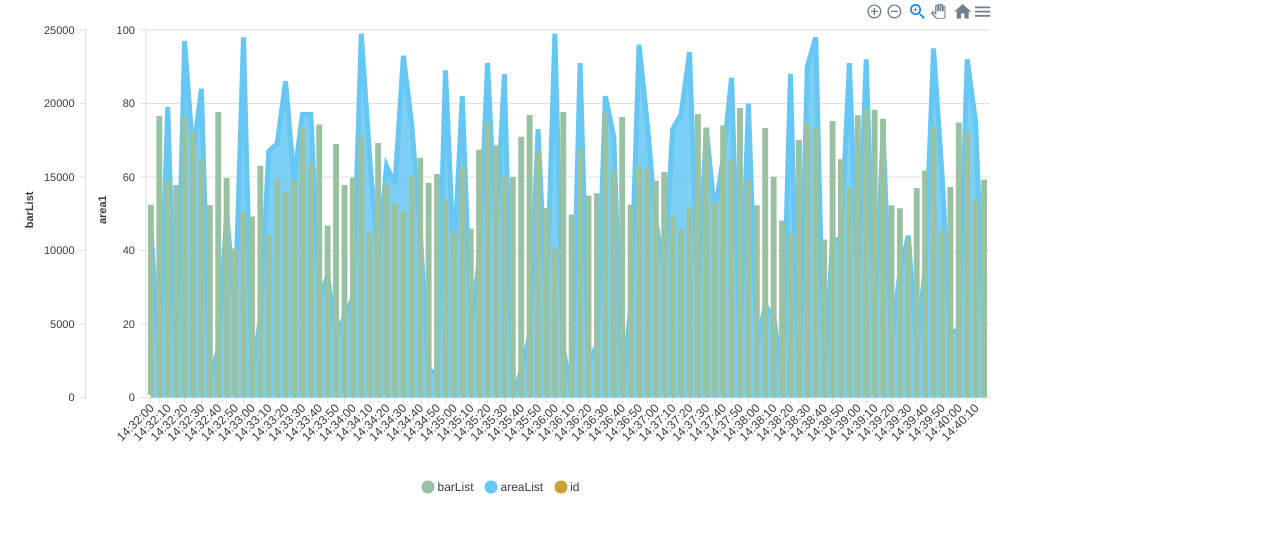
Repository: wanted-pre-onboarding-internship-1team/pre-onboarding-9th-3-1
Page: /
An editor plug-in stored every save of this project. The page is shown before and after the next save, followed by the edit.
The browser window is 1280 px wide. The pictures show the whole page.
The project was rebuilt for these pictures with package versions that can differ from the ones it lists, and the page was loaded fresh each time.

Above is the page before, as saved 2023-03-15 00:30:40.

### public/index.html
<!DOCTYPE html>
<html lang="en">
  <head>
    <meta charset="utf-8" />
    <link rel="icon" href="%PUBLIC_URL%/favicon.ico" />
    <meta name="viewport" content="width=device-width, initial-scale=1" />
    <meta name="theme-color" content="#000000" />

    <title>React App</title>
  </head>

  <body>
    <div id="root"></div>
  </body>
</html>

### src/index.tsx
import App from './App';
import './index.css';
import React from 'react';
import ReactDOM from 'react-dom/client';
import { BrowserRouter } from 'react-router-dom';

const root = ReactDOM.createRoot(
  document.getElementById('root') as HTMLElement
);
root.render(
  <BrowserRouter>
    <App />
  </BrowserRouter>
);

### src/App.tsx
import Router from './router/router';
import { createGlobalStyle } from 'styled-components';
import reset from 'styled-reset';

const GlobalStyle = createGlobalStyle`
  ${reset}
`;

function App() {
  return (
    <>
      <GlobalStyle />
      <Router />
    </>
  );
}

export default App;

### src/router/router.tsx
import Mainpage from '../pages/Mainpage';
import React from 'react';
import { Route, Routes } from 'react-router-dom';

export default function router() {
  return (
    <Routes>
      <Route path='/' element={<Mainpage />} />
    </Routes>
  );
}

### src/pages/Mainpage.tsx
import { api } from '../apis';
import { GetMockResponse } from '../apis/types/mock';
import useMockList from '../hooks/useMockList';
import axios from 'axios';
import React, { useEffect, useState } from 'react';
import ApexCharts from 'react-apexcharts';

export default function Mainpage() {
  const test = useMockList();
  console.log(test);
  return (
    <div>
      {/* <ApexCharts
        type='line'
        height='500'
        width='500'
        series={[
          {
            name: 'Column A',
            type: 'column',
            data: [21.1, 23, 33.1, 34, 44.1, 44.9, 56.5, 58.5],
          },
          {
            name: 'Column B',
            type: 'column',
            data: [10, 19, 27, 26, 34, 35, 40, 38],
          },
          {
            name: 'Line C',
            type: 'line',
            data: [1.4, 2, 2.5, 1.5, 2.5, 2.8, 3.8, 4.6],
          },
        ]}
        options={{
          theme: {
            mode: 'dark',
          },
          chart: {
            toolbar: {
              show: false,
            },
          },
          grid: { show: false },
          stroke: {
            curve: 'smooth',
            width: 5,
          },
          xaxis: {
            categories: [2009, 2010, 2011, 2012, 2013, 2014, 2015, 2016],
          },
          yaxis: [
            {
              seriesName: 'Column A',
              axisTicks: {
                show: true,
              },
              axisBorder: {
                show: true,
              },
              title: {
                text: 'Columns',
              },
            },
            {
              seriesName: 'Column A',
              show: false,
            },
            {
              opposite: true,
              seriesName: 'Line C',
              axisTicks: {
                show: true,
              },
              axisBorder: {
                show: true,
              },
              title: {
                text: 'Line',
              },
            },
          ],
          colors: ['#99C2A2', '#C5EDAC', '#66C7F4'],
          legend: {
            horizontalAlign: 'left',
            offsetX: 40,
          },
        }}
      /> */}
      <ApexCharts
        height='500'
        width='1000'
        series={[
          {
            name: 'barList',
            type: 'column',
            data: test.barValueList,
          },
          {
            name: 'areaList',
            type: 'area',
            data: test.areaValueList,
          },
          {
            name: 'id',
            type: 'none',
            data: test.areaValueList,
          },
        ]}
        options={{
          dataLabels: {
            enabled: false,
          },

          yaxis: [
            {
              seriesName: 'areaList',
              axisTicks: {
                show: true,
              },
              axisBorder: {
                show: true,
              },
              title: {
                text: 'area1',
              },
            },
            {
              seriesName: 'barList',
              axisTicks: {
                show: true,
              },
              axisBorder: {
                show: true,
              },
              title: {
                text: 'barList',
              },
            },
            {
              seriesName: 'id',
              show: false,
            },
          ],
          xaxis: {
            categories: test.timeList,
          },
          colors: ['#99C2A2', '#66C7F4', '#caa137'],
        }}
      />
    </div>
  );
}

{
  /* <div>
<ApexCharts
  height='500'
  width='1000'
  series={[
    {
      name: 'TEAM A',
      type: 'column',
      data: test.areaValueList,
    },
  ]}
  options={{
    grid: {
      row: {
        colors: ['#f3f3f3', 'transparent'],
        opacity: 0.5,
      },
    },
    stroke: {
      width: [0, 2, 5],
      curve: 'smooth',
    },

    xaxis: {
      categories: test.timeList,
    },
    colors: ['red', 'blue'],
  }}
/>
</div> */
}

### src/hooks/useMockList.ts
import { api } from '../apis';
import { GetMockResponse } from '../apis/types/mock';
import { useEffect, useState } from 'react';

export default function useMockList() {
  const [originData, setOriginData] = useState<GetMockResponse['response']>();

  const dateList = originData ? Object.keys(originData) : [];

  const timeList = originData
    ? Object.keys(originData).map(time => time.split(' ')[1])
    : [];

  const idList = originData
    ? Object.entries(originData).map(entry => entry[1].id)
    : [];

  const barValueList = originData
    ? Object.entries(originData).map(entry => entry[1].value_bar)
    : [];

  const areaValueList = originData
    ? Object.entries(originData).map(entry => entry[1].value_area)
    : [];

  useEffect(() => {
    api.mock.getMockDatas().then(res => {
      const { data } = res;
      setOriginData(data.response);
    });
  }, []);

  return { timeList, dateList, idList, barValueList, areaValueList };
}

### src/apis/index.ts
import { instance } from './instance';
import MockService from './mockService';

const mockService = new MockService(instance);

export const api = { mock: mockService };

### src/apis/instance.ts
import axios, { AxiosInstance, AxiosRequestConfig, AxiosResponse } from 'axios';

interface CustomInstance extends AxiosInstance {
  get<T = unknown, R = AxiosResponse<T>, D = unknown>(
    url: string,
    config?: AxiosRequestConfig<D>
  ): Promise<R>;
}

const instance: CustomInstance = axios.create({
  baseURL: '/',
});

export { instance };

### src/apis/mockService.ts
import { instance } from './instance';
import { GetMockResponse } from './types/mock';

export default class MockService {
  constructor(private api: typeof instance) {}
  getMockDatas = async () => this.api.get<GetMockResponse>('data/mock.json');
}

### public/data/mock.json
{
  "type": "Flexsys Mock API",
  "version": 1.0,
  "response": {
    "2023-02-01 14:32:00": {
      "id": "성북구",
      "value_area": 46,
      "value_bar": 13111
    },
    "2023-02-01 14:32:05": {
      "id": "강남구",
      "value_area": 9,
      "value_bar": 19143
    },
    "2023-02-01 14:32:10": {
      "id": "노원구",
      "value_area": 79,
      "value_bar": 14798
    },
    "2023-02-01 14:32:15": {
      "id": "중랑구",
      "value_area": 4,
      "value_bar": 14456
    },
    "2023-02-01 14:32:20": {
      "id": "노원구",
      "value_area": 97,
      "value_bar": 19116
    },
    "2023-02-01 14:32:25": {
      "id": "성북구",
      "value_area": 66,
      "value_bar": 18098
    },
    "2023-02-01 14:32:30": {
      "id": "중랑구",
      "value_area": 84,
      "value_bar": 16243
    },
    "2023-02-01 14:32:35": {
      "id": "강남구",
      "value_area": 5,
      "value_bar": 13100
    },
    "2023-02-01 14:32:40": {
      "id": "성북구",
      "value_area": 13,
      "value_bar": 19429
    },
    "2023-02-01 14:32:45": {
      "id": "노원구",
      "value_area": 50,
      "value_bar": 14923
    },
    "2023-02-01 14:32:50": {
      "id": "강남구",
      "value_area": 24,
      "value_bar": 10127
    },
    "2023-02-01 14:32:55": {
      "id": "강남구",
      "value_area": 98,
      "value_bar": 12583
    },
    "2023-02-01 14:33:00": {
      "id": "중랑구",
      "value_area": 7,
      "value_bar": 12310
    },
    "2023-02-01 14:33:05": {
      "id": "중랑구",
      "value_area": 21,
      "value_bar": 15764
    },
    "2023-02-01 14:33:10": {
      "id": "강남구",
      "value_area": 67,
      "value_bar": 11060
    },
    "2023-02-01 14:33:15": {
      "id": "강남구",
      "value_area": 69,
      "value_bar": 14857
    },
    "2023-02-01 14:33:20": {
      "id": "노원구",
      "value_area": 86,
      "value_bar": 13995
    },
    "2023-02-01 14:33:25": {
      "id": "중랑구",
      "value_area": 59,
      "value_bar": 14773
    },
    "2023-02-01 14:33:30": {
      "id": "노원구",
      "value_area": 77,
      "value_bar": 18347
    },
    "2023-02-01 14:33:35": {
      "id": "성북구",
      "value_area": 77,
      "value_bar": 15970
    },
    "2023-02-01 14:33:40": {
      "id": "성북구",
      "value_area": 27,
      "value_bar": 18577
    },
    "2023-02-01 14:33:45": {
      "id": "성북구",
      "value_area": 33,
      "value_bar": 11704
    },
    "2023-02-01 14:33:50": {
      "id": "성북구",
      "value_area": 17,
      "value_bar": 17241
    },
    "2023-02-01 14:33:55": {
      "id": "노원구",
      "value_area": 22,
      "value_bar": 14450
    },
    "2023-02-01 14:34:00": {
      "id": "중랑구",
      "value_area": 27,
      "value_bar": 14970
    },
    "2023-02-01 14:34:05": {
      "id": "중랑구",
      "value_area": 99,
      "value_bar": 17906
    },
    "2023-02-01 14:34:10": {
      "id": "강남구",
      "value_area": 65,
      "value_bar": 11233
    },
    "2023-02-01 14:34:15": {
      "id": "노원구",
      "value_area": 38,
      "value_bar": 17306
    },
    "2023-02-01 14:34:20": {
      "id": "성북구",
      "value_area": 63,
      "value_bar": 14577
    },
    "2023-02-01 14:34:25": {
      "id": "중랑구",
      "value_area": 58,
      "value_bar": 13199
    },
    "2023-02-01 14:34:30": {
      "id": "중랑구",
      "value_area": 93,
      "value_bar": 12707
    },
    "2023-02-01 14:34:35": {
      "id": "강남구",
      "value_area": 74,
      "value_bar": 15064
    },
    "2023-02-01 14:34:40": {
      "id": "강남구",
      "value_area": 45,
      "value_bar": 16300
    },
    "2023-02-01 14:34:45": {
      "id": "성북구",
      "value_area": 7,
      "value_bar": 14605
    },
    "2023-02-01 14:34:50": {
      "id": "노원구",
      "value_area": 7,
      "value_bar": 15210
    },
    "2023-02-01 14:34:55": {
      "id": "성북구",
      "value_area": 89,
      "value_bar": 13578
    },
    "2023-02-01 14:35:00": {
      "id": "중랑구",
      "value_area": 37,
      "value_bar": 11298
    },
    "2023-02-01 14:35:05": {
      "id": "노원구",
      "value_area": 82,
      "value_bar": 15686
    },
    "2023-02-01 14:35:10": {
      "id": "중랑구",
      "value_area": 19,
      "value_bar": 11485
    },
    "2023-02-01 14:35:15": {
      "id": "성북구",
      "value_area": 37,
      "value_bar": 16848
    },
    "2023-02-01 14:35:20": {
      "id": "성북구",
      "value_area": 91,
      "value_bar": 18670
    },
    "2023-02-01 14:35:25": {
      "id": "강남구",
      "value_area": 44,
      "value_bar": 17165
    },
    "2023-02-01 14:35:30": {
      "id": "성북구",
      "value_area": 88,
      "value_bar": 15053
    },
    "2023-02-01 14:35:35": {
      "id": "성북구",
      "value_area": 1,
      "value_bar": 14998
    },
    "2023-02-01 14:35:40": {
      "id": "강남구",
      "value_area": 7,
      "value_bar": 17739
    },
    "2023-02-01 14:35:45": {
      "id": "중랑구",
      "value_area": 17,
      "value_bar": 19212
    },
    "2023-02-01 14:35:50": {
      "id": "노원구",
      "value_area": 73,
      "value_bar": 16757
    },
    "2023-02-01 14:35:55": {
      "id": "노원구",
      "value_area": 24,
      "value_bar": 12864
    },
    "2023-02-01 14:36:00": {
      "id": "노원구",
      "value_area": 99,
      "value_bar": 10178
    },
    "2023-02-01 14:36:05": {
      "id": "성북구",
      "value_area": 13,
      "value_bar": 19425
    },
    "2023-02-01 14:36:10": {
      "id": "강남구",
      "value_area": 2,
      "value_bar": 12455
    },
    "2023-02-01 14:36:15": {
      "id": "노원구",
      "value_area": 91,
      "value_bar": 16945
    },
    "2023-02-01 14:36:20": {
      "id": "성북구",
      "value_area": 10,
      "value_bar": 13734
    },
    "2023-02-01 14:36:25": {
      "id": "성북구",
      "value_area": 14,
      "value_bar": 13894
    },
    "2023-02-01 14:36:30": {
      "id": "중랑구",
      "value_area": 82,
      "value_bar": 19367
    },
    "2023-02-01 14:36:35": {
      "id": "중랑구",
      "value_area": 71,
      "value_bar": 15492
    },
    "2023-02-01 14:36:40": {
      "id": "강남구",
      "value_area": 2,
      "value_bar": 19082
    },
    "2023-02-01 14:36:45": {
      "id": "노원구",
      "value_area": 24,
      "value_bar": 13117
    },
    "2023-02-01 14:36:50": {
      "id": "노원구",
      "value_area": 96,
      "value_bar": 15744
    },
    "2023-02-01 14:36:55": {
      "id": "성북구",
      "value_area": 74,
      "value_bar": 15609
    },
    "2023-02-01 14:37:00": {
      "id": "노원구",
      "value_area": 48,
      "value_bar": 14747
    },
    "2023-02-01 14:37:05": {
      "id": "중랑구",
      "value_area": 34,
      "value_bar": 15331
    },
    "2023-02-01 14:37:10": {
      "id": "노원구",
      "value_area": 73,
      "value_bar": 12292
    },
    "2023-02-01 14:37:15": {
      "id": "강남구",
      "value_area": 77,
      "value_bar": 11454
    },
    "2023-02-01 14:37:20": {
      "id": "강남구",
      "value_area": 94,
      "value_bar": 12972
    },
    "2023-02-01 14:37:25": {
      "id": "성북구",
      "value_area": 29,
      "value_bar": 19279
    },
    "2023-02-01 14:37:30": {
      "id": "노원구",
      "value_area": 73,
      "value_bar": 18371
    },
    "2023-02-01 14:37:35": {
      "id": "노원구",
      "value_area": 50,
      "value_bar": 13317
    },
    "2023-02-01 14:37:40": {
      "id": "강남구",
      "value_area": 65,
      "value_bar": 18504
    },
    "2023-02-01 14:37:45": {
      "id": "성북구",
      "value_area": 87,
      "value_bar": 16196
    },
    "2023-02-01 14:37:50": {
      "id": "강남구",
      "value_area": 14,
      "value_bar": 19701
    },
    "2023-02-01 14:37:55": {
      "id": "중랑구",
      "value_area": 80,
      "value_bar": 14836
    },
    "2023-02-01 14:38:00": {
      "id": "노원구",
      "value_area": 14,
      "value_bar": 13074
    },
    "2023-02-01 14:38:05": {
      "id": "성북구",
      "value_area": 25,
      "value_bar": 18335
    },
    "2023-02-01 14:38:10": {
      "id": "중랑구",
      "value_area": 22,
      "value_bar": 15022
    },
    "2023-02-01 14:38:15": {
      "id": "노원구",
      "value_area": 6,
      "value_bar": 12043
    },
    "2023-02-01 14:38:20": {
      "id": "중랑구",
      "value_area": 88,
      "value_bar": 11144
    },
    "2023-02-01 14:38:25": {
      "id": "강남구",
      "value_area": 1,
      "value_bar": 17518
    },
    "2023-02-01 14:38:30": {
      "id": "노원구",
      "value_area": 90,
      "value_bar": 18643
    },
    "2023-02-01 14:38:35": {
      "id": "성북구",
      "value_area": 98,
      "value_bar": 18318
    },
    "2023-02-01 14:38:40": {
      "id": "중랑구",
      "value_area": 4,
      "value_bar": 10746
    },
    "2023-02-01 14:38:45": {
      "id": "강남구",
      "value_area": 43,
      "value_bar": 18806
    },
    "2023-02-01 14:38:50": {
      "id": "중랑구",
      "value_area": 43,
      "value_bar": 16209
    },
    "2023-02-01 14:38:55": {
      "id": "강남구",
      "value_area": 91,
      "value_bar": 14273
    },
    "2023-02-01 14:39:00": {
      "id": "성북구",
      "value_area": 31,
      "value_bar": 19193
    },
    "2023-02-01 14:39:05": {
      "id": "성북구",
      "value_area": 92,
      "value_bar": 19661
    },
    "2023-02-01 14:39:10": {
      "id": "노원구",
      "value_area": 20,
      "value_bar": 19574
    },
    "2023-02-01 14:39:15": {
      "id": "중랑구",
      "value_area": 72,
      "value_bar": 18963
    },
    "2023-02-01 14:39:20": {
      "id": "강남구",
      "value_area": 15,
      "value_bar": 13083
    },
    "2023-02-01 14:39:25": {
      "id": "성북구",
      "value_area": 34,
      "value_bar": 12868
    },
    "2023-02-01 14:39:30": {
      "id": "강남구",
      "value_area": 44,
      "value_bar": 10836
    },
    "2023-02-01 14:39:35": {
      "id": "중랑구",
      "value_area": 13,
      "value_bar": 14255
    },
    "2023-02-01 14:39:40": {
      "id": "노원구",
      "value_area": 35,
      "value_bar": 15437
    },
    "2023-02-01 14:39:45": {
      "id": "중랑구",
      "value_area": 95,
      "value_bar": 18426
    },
    "2023-02-01 14:39:50": {
      "id": "강남구",
      "value_area": 61,
      "value_bar": 11387
    },
    "2023-02-01 14:39:55": {
      "id": "성북구",
      "value_area": 18,
      "value_bar": 14312
    },
    "2023-02-01 14:40:00": {
      "id": "성북구",
      "value_area": 18,
      "value_bar": 18700
    },
    "2023-02-01 14:40:05": {
      "id": "중랑구",
      "value_area": 92,
      "value_bar": 18053
    },
    "2023-02-01 14:40:10": {
      "id": "강남구",
      "value_area": 75,
      "value_bar": 13460
    },
    "2023-02-01 14:40:15": {
      "id": "성북구",
      "value_area": 15,
      "value_bar": 14829
    }
  }
}

Loaded but not shown: src/index.css (common file)

After the next save:
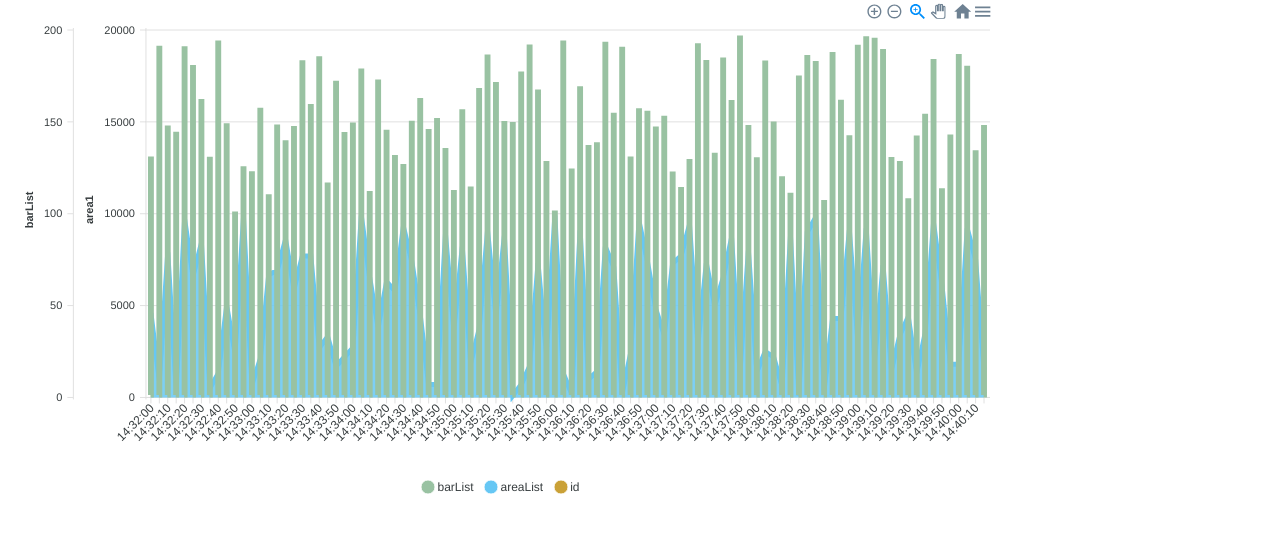
Saved 26 s later.
--- a/src/pages/Mainpage.tsx
+++ b/src/pages/Mainpage.tsx
@@ -113,7 +113,7 @@ export default function Mainpage() {
 
           yaxis: [
             {
-              seriesName: 'areaList',
+              seriesName: 'barList',
               axisTicks: {
                 show: true,
               },
@@ -125,7 +125,7 @@ export default function Mainpage() {
               },
             },
             {
-              seriesName: 'barList',
+              seriesName: 'areaList',
               axisTicks: {
                 show: true,
               },
